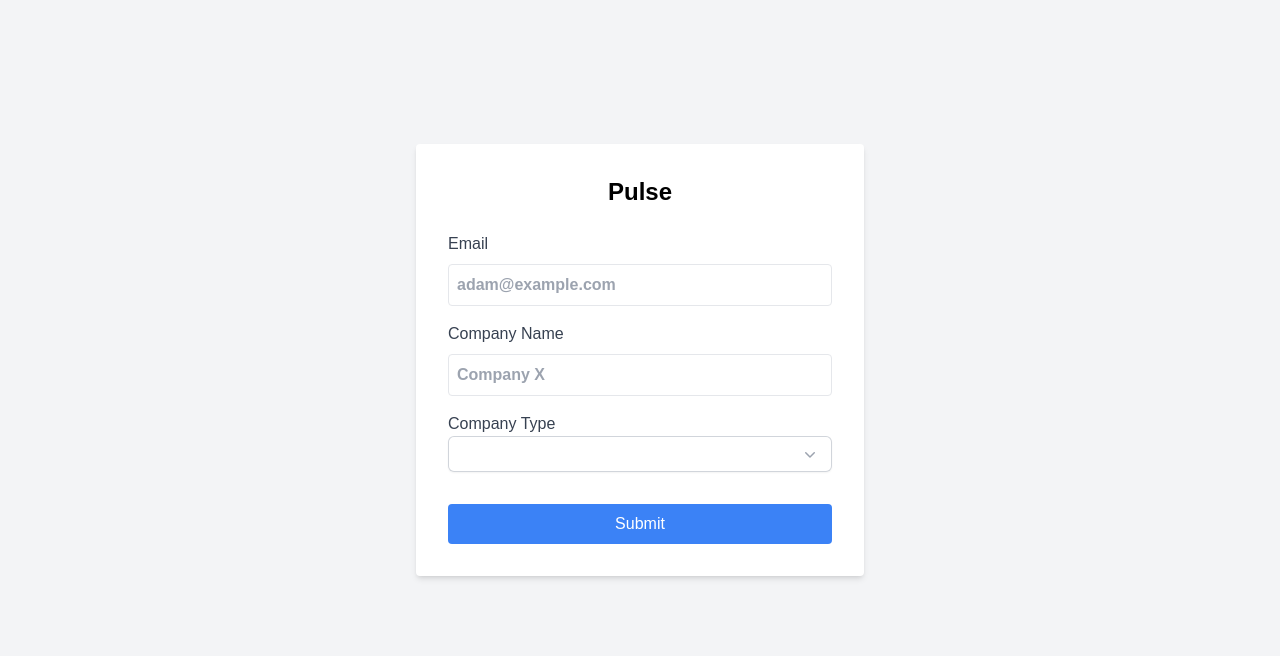
Repository: e-ndorfin/newhacks-2024
Page: / (app in pulse_site/)
The author's editor kept a copy of each file at every save. The page is drawn from the files as they stood at one save, then again after the next save.
The browser window is 1280 px wide. The pictures show the whole page.
The project was rebuilt for these pictures with package versions that can differ from the ones it lists, and the page was loaded fresh each time. The framework's server and built-in components were replaced by stand-ins that run in the browser. Also part of the build but not shown: pulse_site/next.config.mjs.

Above is the page before, as saved 2024-10-26 20:52:02.

### pulse_site/app/page.js
"use client"; // Enables client-side features like hooks

import { useState } from 'react';

export default function Home() {
  const [email, setEmail] = useState('');
  const [companyName, setCompanyName] = useState('');
  const [companyType, setCompanyType] = useState('');
  const [isOpen, setIsOpen] = useState(false);

  const companyTypes = {
    vendor: "Vendor",
    ngo: "Non-governmental Organization",
    seller: "Seller", // Add more entries here if needed
  };

  const handleSubmit = (e) => {
    e.preventDefault();
    // Handle the form submission, e.g., send data to API or log it
    console.log({ email, companyName, companyType });
  };

  const handleSelectType = (type) => {
    setCompanyType(type);
    setIsOpen(false); // Close dropdown after selection
  };

  const capitalizeFirstLetter = (str) => {
    return str
      .split(' ')
      .map((word) => word.charAt(0).toUpperCase() + word.slice(1))
      .join(' ');
  }

  return (
    <div className="flex justify-center items-center h-screen bg-gray-100">
      <form
        onSubmit={handleSubmit}
        className="bg-white p-8 rounded shadow-md w-full max-w-md"
      >
        <h2 className="text-2xl font-bold mb-6 text-center text-black">Pulse</h2>

        <div className="mb-4">
          <label className="block text-gray-700">Email</label>
          <input
            type="email"
            placeholder="adam@example.com"
            value={email}
            onChange={(e) => setEmail(e.target.value)}
            className="mt-2 p-2 w-full border rounded font-semibold text-black"
            required
          />
        </div>

        <div className="mb-4">
          <label className="block text-gray-700">Company Name</label>
          <input
            type="text"
            placeholder="Company X"
            value={companyName}
            onChange={(e) => setCompanyName(e.target.value)}
            className="mt-2 p-2 w-full border rounded font-semibold text-black"
            required
          />
        </div>

        <div className="mb-4">
          <label className="block text-gray-700">Company Type</label>

          <div className="relative">
            <button
              type="button"
              className="flex w-full items-center rounded-md bg-white px-3 py-2 text-sm font-semibold text-gray-900 shadow-sm ring-1 ring-inset ring-gray-300 hover:bg-gray-50"
              id="menu-button"
              aria-expanded={isOpen}
              aria-haspopup="true"
              onClick={() => setIsOpen((prev) => !prev)} // Toggle dropdown
            >
              <span className="flex-grow text-left">{companyType ? capitalizeFirstLetter(companyType) : ""}</span>
              <svg
                className="h-5 w-5 text-gray-400"
                viewBox="0 0 20 20"
                fill="currentColor"
                aria-hidden="true"
              >
                <path
                  fillRule="evenodd"
                  d="M5.22 8.22a.75.75 0 0 1 1.06 0L10 11.94l3.72-3.72a.75.75 0 1 1 1.06 1.06l-4.25 4.25a.75.75 0 0 1-1.06 0L5.22 9.28a.75.75 0 0 1 0-1.06Z"
                  clipRule="evenodd"
                />
              </svg>
            </button>



            {isOpen && (
              <div
                className="absolute left-0 z-10 mt-2 w-56 origin-top-left divide-y divide-gray-100 rounded-md bg-white shadow-lg ring-1 ring-black ring-opacity-5 focus:outline-none"
                role="menu"
                aria-orientation="vertical"
                aria-labelledby="menu-button"
              >
                <div className="py-1" role="none">
                  {Object.entries(companyTypes).map(([key, value]) => (
                    <button
                      key={key} // Use the key as a unique identifier
                      onClick={() => handleSelectType(key)} // Pass the key to the handler
                      className="block px-4 py-2 text-sm text-gray-700 w-full text-left"
                      role="menuitem"
                    >
                      {value} {/* Display the value */}
                    </button>
                  ))}
                </div>
              </div>
            )}

          </div>
        </div>



        <button
          type="submit"
          className="w-full bg-blue-500 text-white p-2 rounded mt-4 hover:bg-blue-600"
        >
          Submit
        </button>
      </form>
    </div>
  );
}

Loaded but not shown: pulse_site/app/layout.js (common file); pulse_site/app/globals.css (common file); pulse_site/tailwind.config.js (common file)

After the next save:
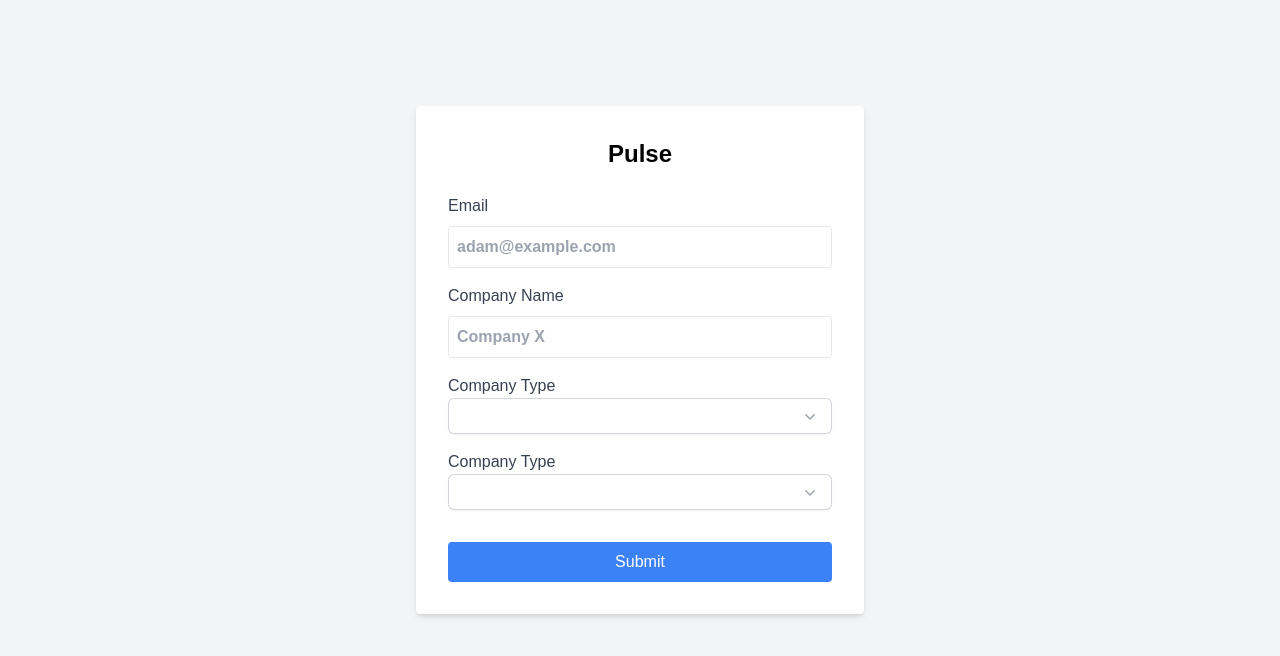
Saved 84 s later.
--- a/pulse_site/app/page.js
+++ b/pulse_site/app/page.js
@@ -12,6 +12,59 @@ export default function Home() {
     vendor: "Vendor",
     ngo: "Non-governmental Organization",
     seller: "Seller", // Add more entries here if needed
+  };
+
+  const states = {
+    AL: "Alabama",
+    AK: "Alaska",
+    AZ: "Arizona",
+    AR: "Arkansas",
+    CA: "California",
+    CO: "Colorado",
+    CT: "Connecticut",
+    DE: "Delaware",
+    FL: "Florida",
+    GA: "Georgia",
+    HI: "Hawaii",
+    ID: "Idaho",
+    IL: "Illinois",
+    IN: "Indiana",
+    IA: "Iowa",
+    KS: "Kansas",
+    KY: "Kentucky",
+    LA: "Louisiana",
+    ME: "Maine",
+    MD: "Maryland",
+    MA: "Massachusetts",
+    MI: "Michigan",
+    MN: "Minnesota",
+    MS: "Mississippi",
+    MO: "Missouri",
+    MT: "Montana",
+    NE: "Nebraska",
+    NV: "Nevada",
+    NH: "New Hampshire",
+    NJ: "New Jersey",
+    NM: "New Mexico",
+    NY: "New York",
+    NC: "North Carolina",
+    ND: "North Dakota",
+    OH: "Ohio",
+    OK: "Oklahoma",
+    OR: "Oregon",
+    PA: "Pennsylvania",
+    RI: "Rhode Island",
+    SC: "South Carolina",
+    SD: "South Dakota",
+    TN: "Tennessee",
+    TX: "Texas",
+    UT: "Utah",
+    VT: "Vermont",
+    VA: "Virginia",
+    WA: "Washington",
+    WV: "West Virginia",
+    WI: "Wisconsin",
+    WY: "Wyoming",
   };
 
   const handleSubmit = (e) => {
@@ -104,7 +157,7 @@ export default function Home() {
                   {Object.entries(companyTypes).map(([key, value]) => (
                     <button
                       key={key} // Use the key as a unique identifier
-                      onClick={() => handleSelectType(key)} // Pass the key to the handler
+                      onClick={() => handleSelectType(value)} // Pass the key to the handler
                       className="block px-4 py-2 text-sm text-gray-700 w-full text-left"
                       role="menuitem"
                     >
@@ -114,7 +167,59 @@ export default function Home() {
                 </div>
               </div>
             )}
-
+          </div>
+        </div>
+
+        <div className="mb-4">
+          <label className="block text-gray-700">Company Type</label>
+
+          <div className="relative">
+            <button
+              type="button"
+              className="flex w-full items-center rounded-md bg-white px-3 py-2 text-sm font-semibold text-gray-900 shadow-sm ring-1 ring-inset ring-gray-300 hover:bg-gray-50"
+              id="menu-button"
+              aria-expanded={isOpen}
+              aria-haspopup="true"
+              onClick={() => setIsOpen((prev) => !prev)} // Toggle dropdown
+            >
+              <span className="flex-grow text-left">{companyType ? capitalizeFirstLetter(companyType) : ""}</span>
+              <svg
+                className="h-5 w-5 text-gray-400"
+                viewBox="0 0 20 20"
+                fill="currentColor"
+                aria-hidden="true"
+              >
+                <path
+                  fillRule="evenodd"
+                  d="M5.22 8.22a.75.75 0 0 1 1.06 0L10 11.94l3.72-3.72a.75.75 0 1 1 1.06 1.06l-4.25 4.25a.75.75 0 0 1-1.06 0L5.22 9.28a.75.75 0 0 1 0-1.06Z"
+                  clipRule="evenodd"
+                />
+              </svg>
+            </button>
+
+
+
+            {isOpen && (
+              <div
+                className="absolute left-0 z-10 mt-2 w-56 origin-top-left divide-y divide-gray-100 rounded-md bg-white shadow-lg ring-1 ring-black ring-opacity-5 focus:outline-none"
+                role="menu"
+                aria-orientation="vertical"
+                aria-labelledby="menu-button"
+              >
+                <div className="py-1" role="none">
+                  {Object.entries(companyTypes).map(([key, value]) => (
+                    <button
+                      key={key} // Use the key as a unique identifier
+                      onClick={() => handleSelectType(value)} // Pass the key to the handler
+                      className="block px-4 py-2 text-sm text-gray-700 w-full text-left"
+                      role="menuitem"
+                    >
+                      {value} {/* Display the value */}
+                    </button>
+                  ))}
+                </div>
+              </div>
+            )}
           </div>
         </div>
 
